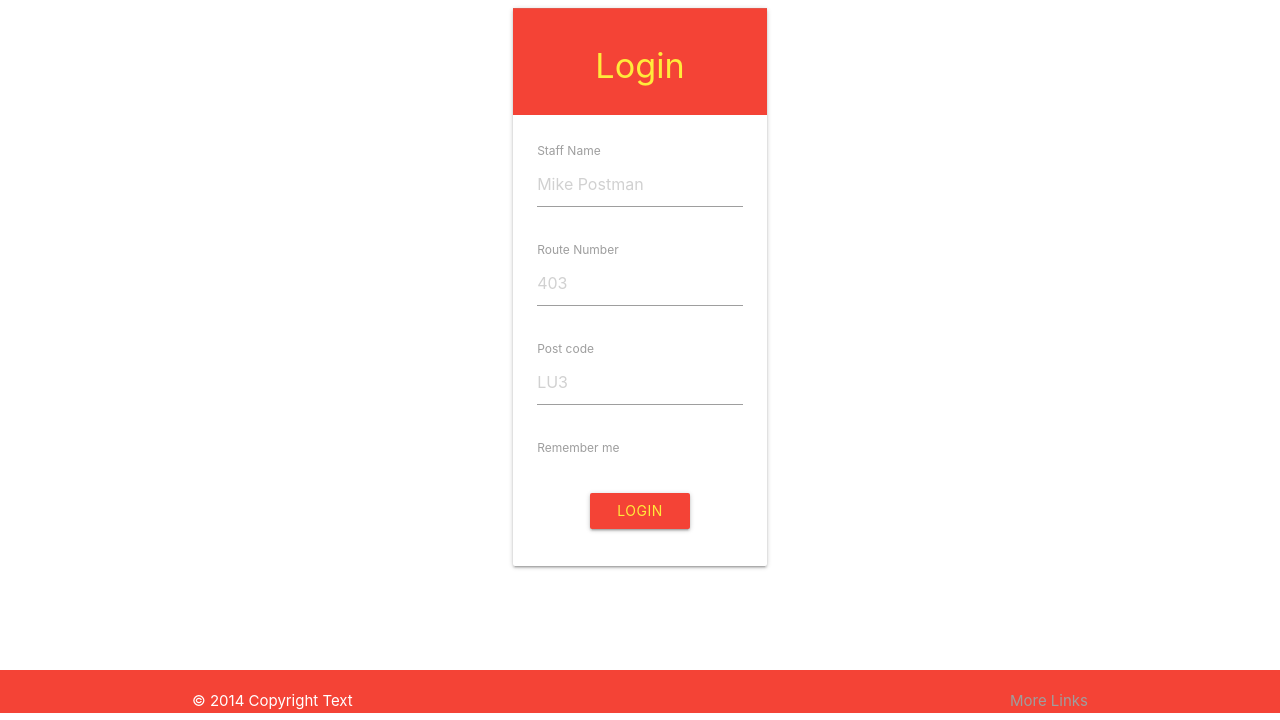
Repository: bandyp/Postal-Reminders
Page: http://localhost/
The author's editor kept a record of every edit. The page is drawn from the files as they stood at one moment, then again after the next edit.
The browser window is 1280 px wide. The pictures show the whole page.
The page is served by the project's application, run on Flask 3 (app.py). Queries for data that is not in the repository find no rows.

Above is the page before.

After the next edit:
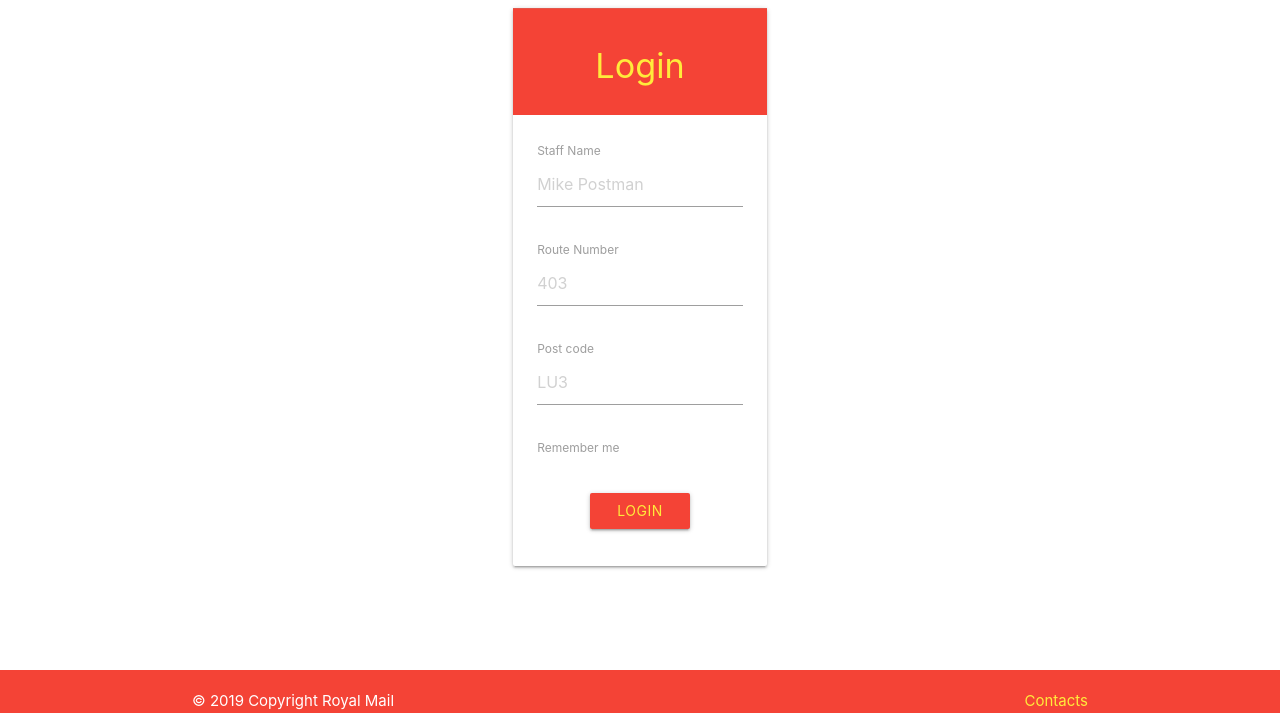
The edit:
--- a/templates/base.html
+++ b/templates/base.html
@@ -26,8 +26,8 @@
   <footer id="expand" class="page-footer red">
 
     <div class="container">
-      © 2014 Copyright Text
-      <a class="grey-text redtext-lighten-4 right" href="#!">More Links</a>
+      © 2019 Copyright Royal Mail
+      <a class="yellow-text redtext-lighten-4 right" href="https://www.myroyalmail.com/Contacts">Contacts</a>
     </div>
 
   </footer>
